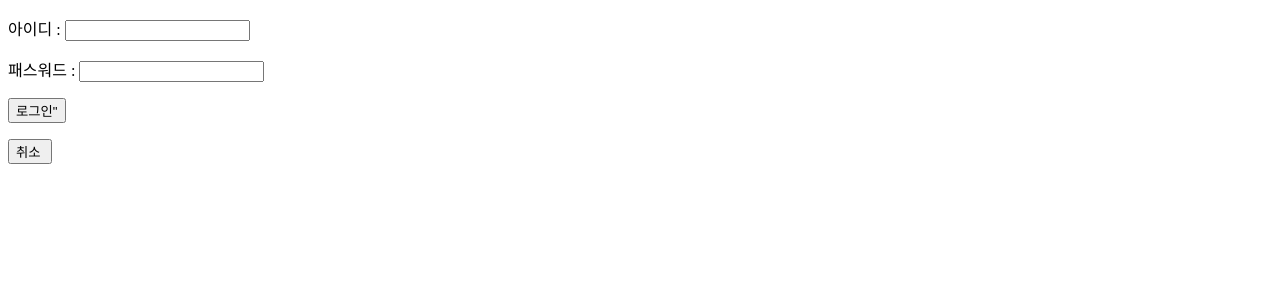
Repository: sunyeongan/Univ_lecture
Page: http://localhost/week11/login.jsp
The author's editor kept a copy of each file at every save. The page is drawn from the files as they stood at one save, then again after the next save.
The browser window is 1280 px wide. The pictures show the whole page.
The page is served by Tomcat 9.

Above is the page before, as saved 2022-05-10 02:28:29.

After the next save:
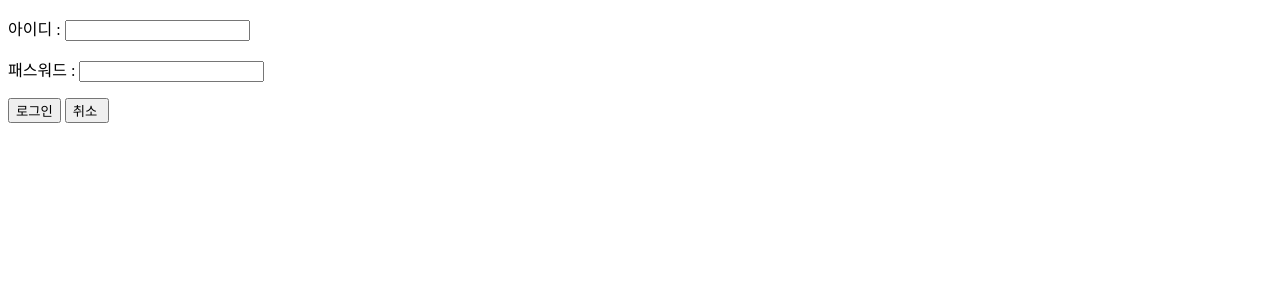
Saved 49 s later.
--- a/WebSever_2022/work/week11/week11/src/main/webapp/login.jsp
+++ b/WebSever_2022/work/week11/week11/src/main/webapp/login.jsp
@@ -10,7 +10,7 @@
 	<form action = "login_pro.jsp" method="POST" ></form>
 		<p> 아이디 : <input type = "text" name = 'id'>
 		<p> 패스워드 : <input type = "password" name = "passwd">
-		<p> <input type = "submit" value = 로그인">
-		<p> <input type = "submit" value = "취소 ">
+		<p> <input type = "submit" value = "로그인">
+		 <input type = "submit" value = "취소 ">
 </body>
 </html>
